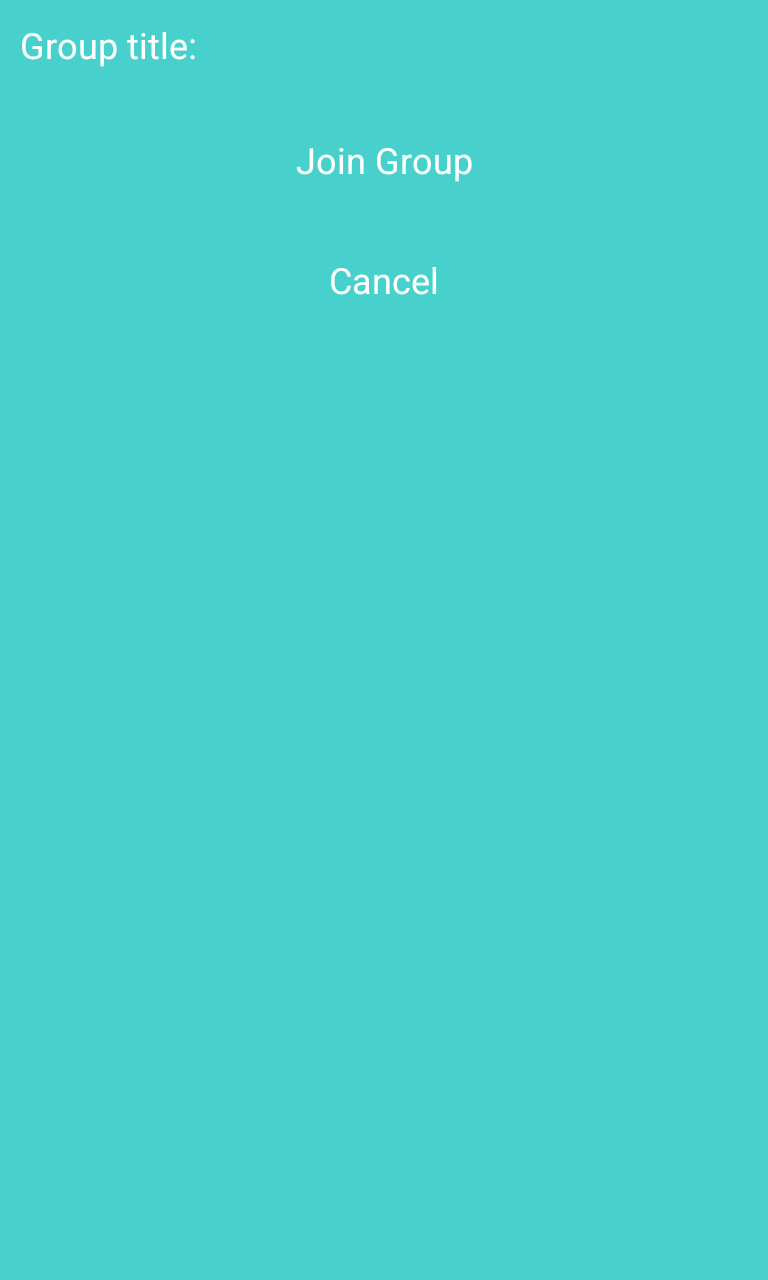
Repository: COMP231-S63G1/COMP231-S63G1
Layout: Wanna/res/layout/activity_view_public_group.xml
An editor plug-in stored every save of this project. The layout is shown before and after the next save, followed by the edit.
It is drawn on a 768 x 1280 px phone screen (xhdpi) without system bars, with theme AppTheme; the app's code is not run. Lists and similar views that code fills are empty.

Above is the layout before, as saved 2014-11-29 21:42:23.

### Wanna/res/layout/activity_view_public_group.xml
<RelativeLayout xmlns:android="http://schemas.android.com/apk/res/android"
    xmlns:tools="http://schemas.android.com/tools"
    android:layout_width="match_parent"
    android:layout_height="match_parent"
    tools:context="${relativePackage}.${activityClass}"
    android:background="#48D1CC"
    >

    <ScrollView
        android:id="@+id/viewPrivateGroupScrollView"
        android:layout_width="fill_parent"
        android:layout_height="fill_parent"
        android:layout_alignParentTop="true"
        android:layout_centerHorizontal="true" >

        <RelativeLayout
            android:layout_width="fill_parent"
            android:layout_height="fill_parent" >

            <TextView
                android:id="@+id/tvGroupNameLabel"
                style="@style/FormTheme"
                android:layout_width="wrap_content"
                android:layout_height="wrap_content"
                android:layout_alignParentLeft="true"
                android:layout_marginLeft="10dp"
                android:layout_marginTop="10dp"
                android:text="Group title:"
                android:textColor="#ffffff"
                />

            <TextView
                android:id="@+id/tvGroupNameValue"
                style="@style/FormTheme"
                android:layout_width="wrap_content"
                android:layout_height="wrap_content"
                android:layout_marginLeft="10dp"
                android:layout_marginTop="10dp"
                android:layout_toRightOf="@id/tvGroupNameLabel"
                android:textColor="#ffffff"
                />

            <TextView
                android:id="@+id/tvGroupTypeLabel"
                style="@style/FormTheme"
                android:layout_width="wrap_content"
                android:layout_height="wrap_content"
                android:layout_below="@id/tvGroupNameLabel"
                android:layout_marginLeft="10dp"
                android:layout_marginTop="20dp"
                android:text="Group Type: "
                android:textColor="#ffffff"
                />

            <TextView
                android:id="@+id/tvGroupTypeValue"
                style="@style/FormTheme"
                android:layout_width="wrap_content"
                android:layout_height="wrap_content"
                android:layout_below="@id/tvGroupNameValue"
                android:layout_marginLeft="10dp"
                android:layout_marginTop="20dp"
                android:layout_toRightOf="@id/tvGroupTypeLabel"
                android:textColor="#ffffff"
                />

            <TextView
                android:id="@+id/tvGroupDescriptionLabel"
                style="@style/FormTheme"
                android:layout_width="wrap_content"
                android:layout_height="wrap_content"
                android:layout_below="@id/tvGroupTypeLabel"
                android:layout_marginLeft="10dp"
                android:layout_marginTop="20dp"
                android:text="Group Description: " />

            <TextView
                android:id="@+id/tvGroupDescriptionValue"
                style="@style/FormTheme"
                android:layout_width="wrap_content"
                android:layout_height="wrap_content"
                android:layout_below="@id/tvGroupTypeValue"
                android:layout_marginLeft="10dp"
                android:layout_marginTop="20dp"
                android:layout_toRightOf="@id/tvGroupDescriptionLabel" />

            <TextView
                android:id="@+id/tvGroupMember"
                style="@style/FormTheme"
                android:layout_width="wrap_content"
                android:layout_height="wrap_content"
                android:layout_below="@id/tvGroupDescriptionValue"
                android:layout_marginLeft="10dp"
                android:layout_marginTop="20dp"
                android:text="Members" />

            <ListView
                android:id="@android:id/list"
                android:layout_width="match_parent"
                android:layout_height="80dp"
                android:layout_below="@id/tvGroupMember"
                android:layout_marginTop="20dp" >
            </ListView>

            <Button
                android:id="@+id/buttonJoinPublicGroup"
                android:layout_width="fill_parent"
                android:layout_height="40dp"
                android:layout_below="@@android:id/list"
                android:layout_marginTop="60dp"
                android:background="#48D1CC"
                android:onClick="onJoinGroupClick"
                android:text="Join Group"
                android:textColor="#ffffff" />

            <Button
                android:id="@+id/buttonCancelViewGroup"
                android:layout_width="fill_parent"
                android:layout_height="40dp"
                android:layout_below="@id/buttonJoinPublicGroup"
                android:layout_marginTop="20dp"
                android:background="#48D1CC"
                android:onClick="onCancel"
                android:text="Cancel"
                android:textColor="#ffffff" />
        </RelativeLayout>
    </ScrollView>

</RelativeLayout>

Loaded but not shown: Wanna/res/values/styles.xml (common file); Wanna/res/values-v11/styles.xml (common file); Wanna/res/values-v14/styles.xml (common file)

After the next save:
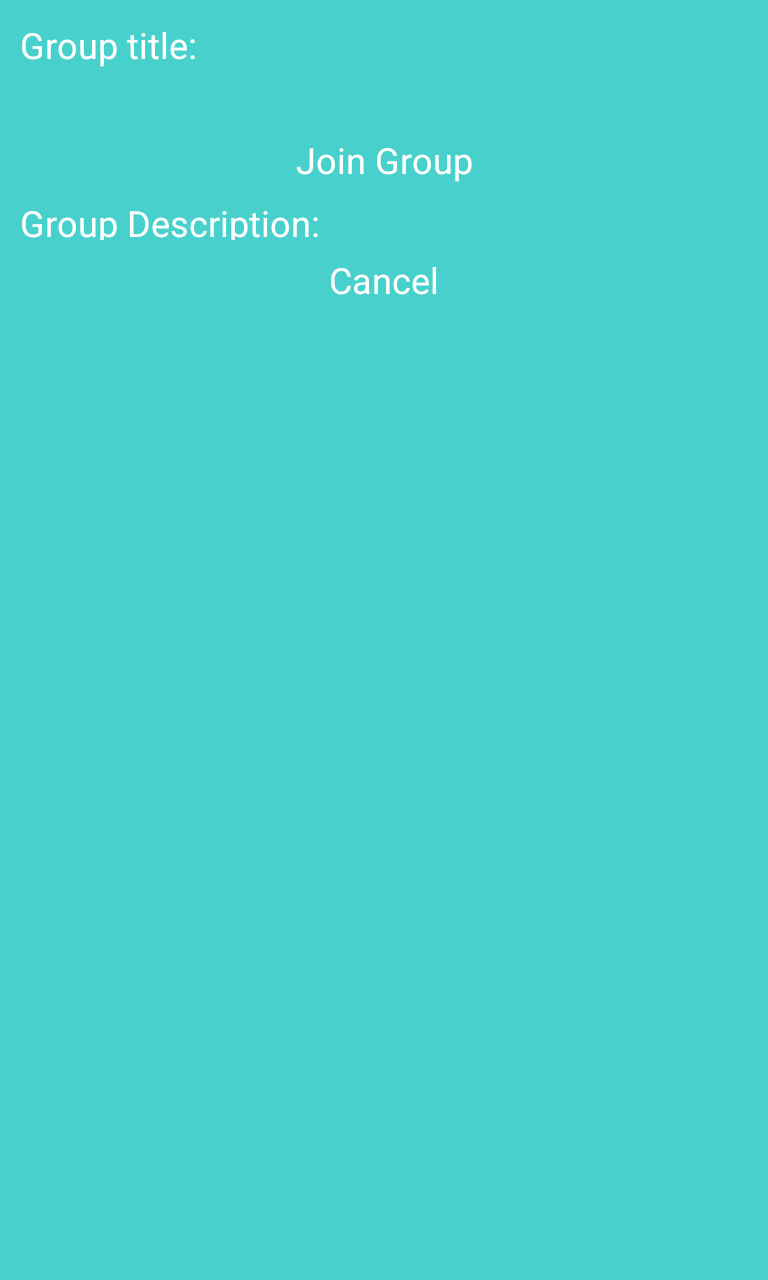
Saved 10 s later.
--- a/Wanna/res/layout/activity_view_public_group.xml
+++ b/Wanna/res/layout/activity_view_public_group.xml
@@ -72,7 +72,9 @@
                 android:layout_below="@id/tvGroupTypeLabel"
                 android:layout_marginLeft="10dp"
                 android:layout_marginTop="20dp"
-                android:text="Group Description: " />
+                android:text="Group Description: "
+                android:textColor="#ffffff"
+                />
 
             <TextView
                 android:id="@+id/tvGroupDescriptionValue"
